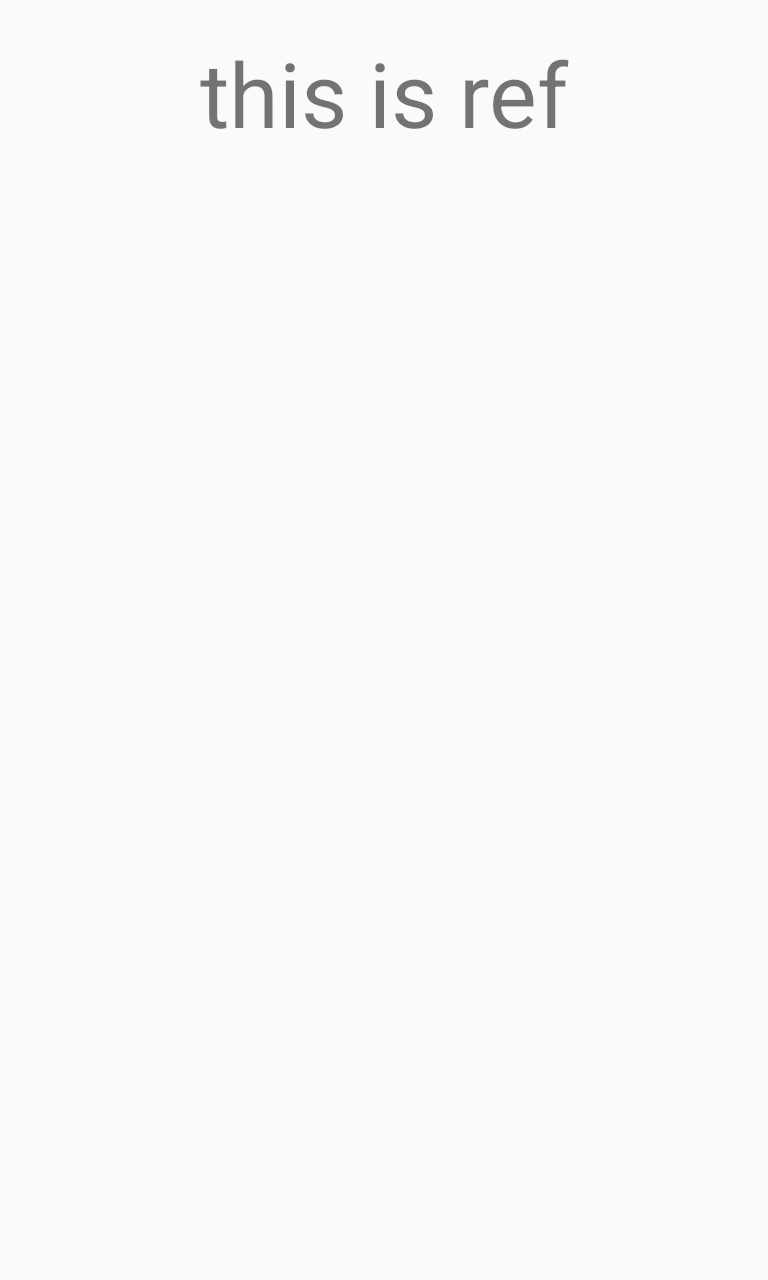
Repository: SarahDowlath/DebraGotToGo
Layout: GottahGo!/res/layout/fragment_main.xml
An editor plug-in stored every save of this project. The layout is shown before and after the next save, followed by the edit.
It is drawn on a 768 x 1280 px phone screen (xhdpi) without system bars, with theme AppTheme; the app's code is not run.

Above is the layout before, as saved 2014-07-08 16:12:59.

### GottahGo!/res/layout/fragment_main.xml
<RelativeLayout xmlns:android="http://schemas.android.com/apk/res/android"
    xmlns:tools="http://schemas.android.com/tools"
    android:layout_width="match_parent"
    android:layout_height="match_parent"

    android:paddingBottom="@dimen/activity_vertical_margin"
    android:paddingLeft="@dimen/activity_horizontal_margin"
    android:paddingRight="@dimen/activity_horizontal_margin"
    android:paddingTop="@dimen/activity_vertical_margin"
    tools:context="com.papodec.gottahgo.MainActivity$PlaceholderFragment" >


    <TextView
        android:id="@+id/textView2"
        android:layout_width="fill_parent"
        android:layout_height="wrap_content"
         android:text="@string/ref"
         android:textSize = "45sp"
         android:layout_gravity= "center"
         android:gravity="center"
        />



</RelativeLayout>

### GottahGo!/res/values/styles.xml
<resources>

    <!--
        Base application theme, dependent on API level. This theme is replaced
        by AppBaseTheme from res/values-vXX/styles.xml on newer devices.
    -->
    <style name="AppBaseTheme" parent="Theme.AppCompat.Light">
        <!--
            Theme customizations available in newer API levels can go in
            res/values-vXX/styles.xml, while customizations related to
            backward-compatibility can go here.
        -->
    </style>

    <!-- Application theme. -->
    <style name="AppTheme" parent="AppBaseTheme">
        <!-- All customizations that are NOT specific to a particular API-level can go here. -->
    </style>
    <style></style>

</resources>

### GottahGo!/res/values/strings.xml
<?xml version="1.0" encoding="utf-8"?>
<resources>

    <string name="app_name">GottahGo!</string>
    <string name="hello_world">Hello world!</string>
    <string name="action_settings">Settings</string>
    <string name="ref">this is ref</string>
    <drawable />
    <string name="banner">Need a Restroom NOW!!!</string>

</resources>

Loaded but not shown: GottahGo!/res/values-v11/styles.xml (common file); GottahGo!/res/values-v14/styles.xml (common file); GottahGo!/res/values/dimens.xml (common file); GottahGo!/res/values-w820dp/dimens.xml (common file)

After the next save:
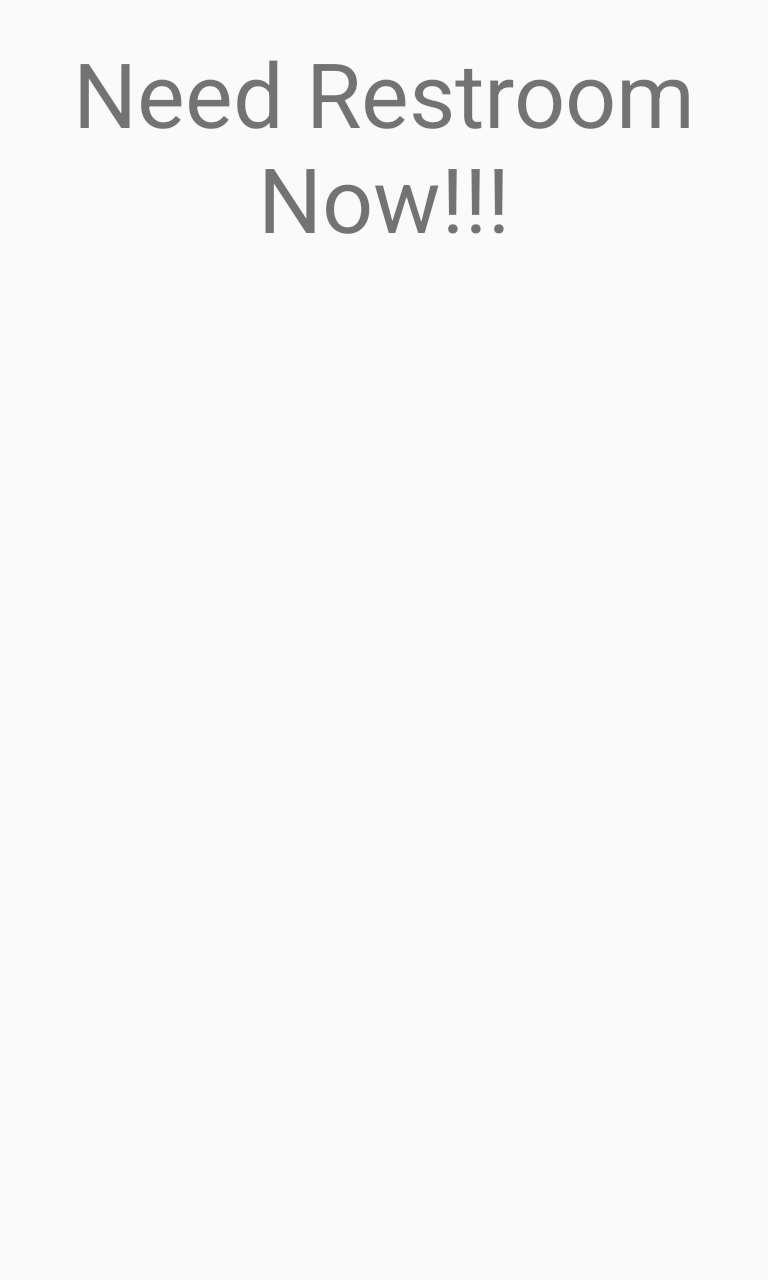
Saved 41 s later.
--- a/GottahGo!/res/values/strings.xml
+++ b/GottahGo!/res/values/strings.xml
@@ -4,7 +4,7 @@
     <string name="app_name">GottahGo!</string>
     <string name="hello_world">Hello world!</string>
     <string name="action_settings">Settings</string>
-    <string name="ref">this is ref</string>
+    <string name="ref">Need Restroom Now!!!</string>
     <drawable />
     <string name="banner">Need a Restroom NOW!!!</string>
 
